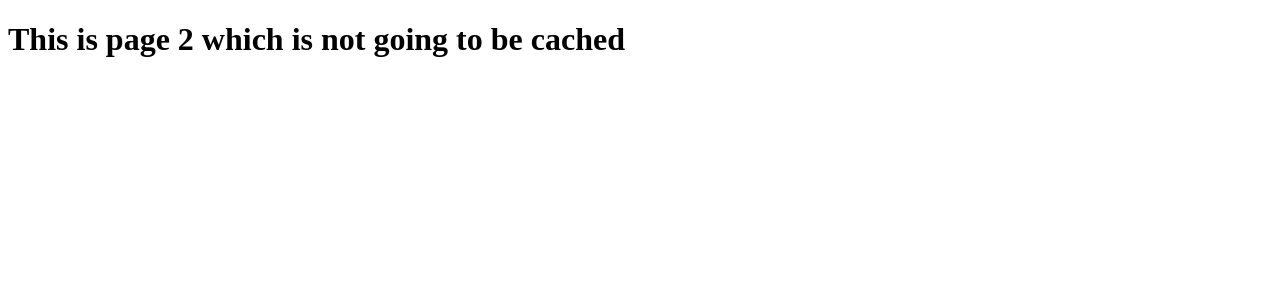
Repository: ravinforu/HTML5_CSS3_JS_Frameworks_Jul_2012-1
Page: Day03/WebContent/error.html
An editor plug-in stored every save of this project. The page is shown before and after the next save, followed by the edit.
The browser window is 1280 px wide. The pictures show the whole page.

Above is the page before, as saved 2012-07-27 08:44:15.

### Day03/WebContent/error.html
<!DOCTYPE html>
<html>
<head>
</head>
<body>
	<h1>This is page 2 which is not going to be cached</h1>
</body>
</html>

After the next save:
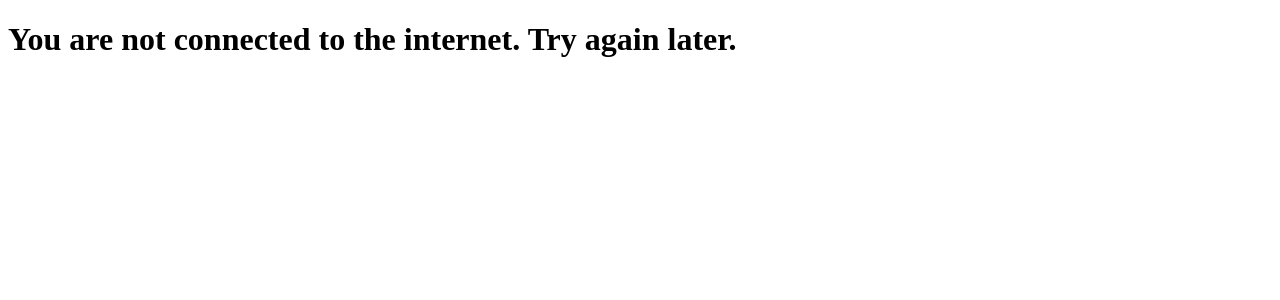
Saved 67 s later.
--- a/Day03/WebContent/error.html
+++ b/Day03/WebContent/error.html
@@ -3,6 +3,6 @@
 <head>
 </head>
 <body>
-	<h1>This is page 2 which is not going to be cached</h1>
+	<h1>You are not connected to the internet. Try again later.</h1>
 </body>
 </html>
